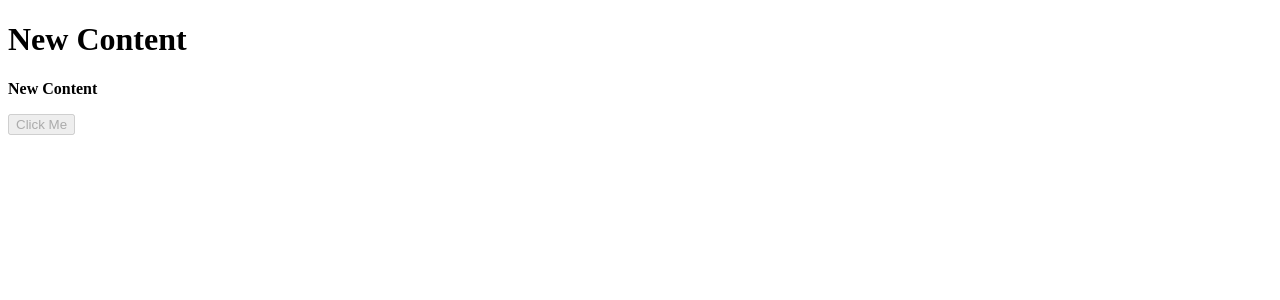
Repository: Jyoshika1263/Java-Training_Genpact
Page: shop/src/main/resources/static/index.html
An editor plug-in stored every save of this project. The page is shown before and after the next save, followed by the edit.
The browser window is 1280 px wide. The pictures show the whole page.

Above is the page before, as saved 2025-02-27 10:31:38.

After the next save:
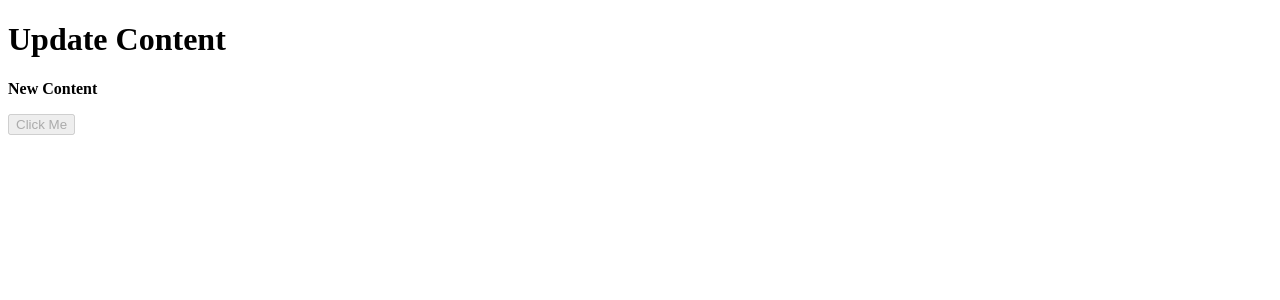
Saved 2 min 23 s later.
--- a/shop/src/main/resources/static/index.html
+++ b/shop/src/main/resources/static/index.html
@@ -429,7 +429,7 @@
         // Modifying DOM Elements
 
         // Change text content
-        headingSelector.textContent = "New Content";
+        headingSelector.textContent = "Update Content";
 
         // Change inner HTML
         const headingP = document.querySelector('.message');

After the save that followed:
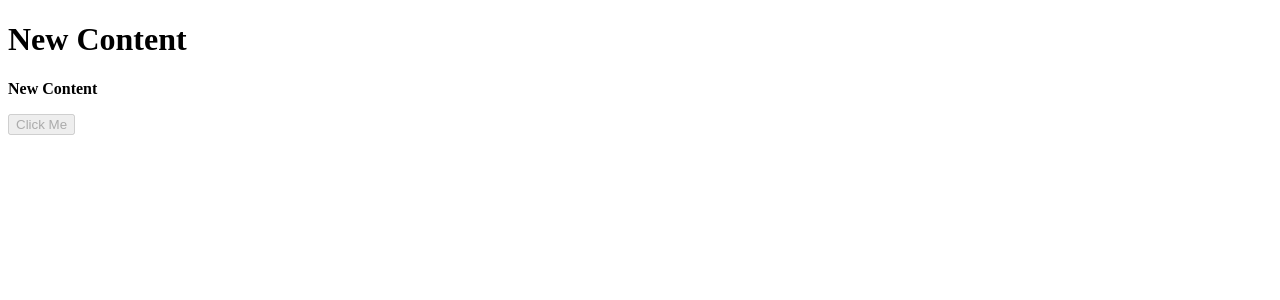
Saved 37 s later.
--- a/shop/src/main/resources/static/index.html
+++ b/shop/src/main/resources/static/index.html
@@ -429,7 +429,7 @@
         // Modifying DOM Elements
 
         // Change text content
-        headingSelector.textContent = "Update Content";
+        headingSelector.textContent = "New Content";
 
         // Change inner HTML
         const headingP = document.querySelector('.message');
